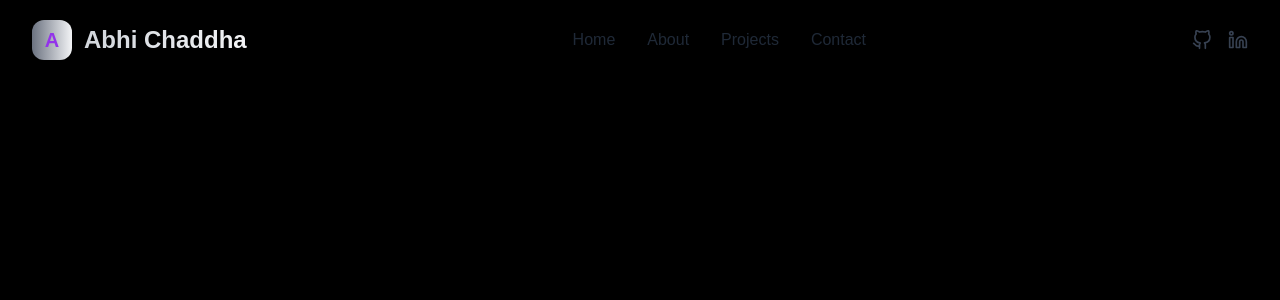
Repository: 532ab/portfolio-website
Page: /
The author's editor kept a copy of each file at every save. The page is drawn from the files as they stood at one save, then again after the next save.
The browser window is 1280 px wide. The pictures show the whole page.
The project was rebuilt for these pictures with package versions that can differ from the ones it lists, and the page was loaded fresh each time. Also part of the build but not shown: vite.config.js.

Above is the page before, as saved 2026-01-25 12:09:00.

### src/index.css
@tailwind base;
@tailwind components;
@tailwind utilities;

body {
  overflow-x: hidden;
  font-family: Arial, Helvetica, sans-serif;
  margin: 0;
  padding: 0;
  width: 100%;
  position: relative;
  background-color: black;
  color: white;

}

### src/App.jsx
import Header from "./components/Header"

export default function App() {
  return (
    <>
      <Header />
    </>
  )
}

### src/components/Header.jsx
import { motion } from "framer-motion";
import { a } from "framer-motion/client";
import { FiGithub, FiTwitter, FiLinkedin } from "react-icons/fi";

const Header = () => {
  return (
    <header className="absolute w-full z-50 transition-all duration-300">
        <div className = "container mx-auto px-4 sm:px-6 lg:px-8 flex items-center justify-between h-16 md:h-20">
            {/* Logo/Name */}
            <motion.div
             initial = {{ opacity: 0, x: -100}}
             animate = {{ opacity: 1, x: 0}}
             transition = {{
                type: "spring",
                stiffness: 100,
                damping: 25,
                delay: 0.3,
                duration: 1.3,
            }}
            className = "flex items-center">
                <div className = "h-10 w-10 rounded-xl bg-gradient-to-r from-gray-500 to-gray-100 flex items-center justify-center text-purple-600 font-bold text-xl mr-3">
                    A
                </div>

                <span className = "text-2xl font-bold bg-gradient-to-r from-gray-300 to-gray-100 bg-clip-text text-transparent">
                    Abhi Chaddha
                </span>

            </motion.div>

        {/* Desktop Navigation */}
        <nav className = "lg:flex hidden space-x-8">
            {["Home", "About", "Projects", "Contact"].map((item,
                index) => (
                    <motion.a
                    key = {item}
                    intial = {{ opacity: 0, y:-20}}
                    animate = {{ opacity: 1, y: 0}}
                    transition = {{
                        type: "spring",
                        stiffness: 100,
                        damping: 20,
                        delay: 0.7 + index * 0.2,
                    }}
                    className = "relative text-gray-800 dark:text-gray-200 hover:violet-600 dark:hover:text-violet-400 font-medium transition-colors duration-300 group"
                    href = "#">
                        {item}
                        <span className="absolute bottom-0 left-0 w-0 h-0.5 bg-violet-600 group-hover:w-full transition-all duration-300">

                        </span>
                    </motion.a>

                ))}
            </nav>
            {/* Social Icons - Desktop */}
            <div className = "md:flex hidden items-center space-x-4">
                    <motion.a
                    initial = {{opacity: 0, scale: 0.5}}
                    animate= {{opacity: 1, scale: 1}}
                    transition = {{delay: 1.3, duration: 0.8}}
                        className = "text-gray-700 dark:text-gray-300 hover:text-violet-600 dark:hover:text-violet-400 transition-colors" href = "#">
                        <FiGithub className = "w-5 h-5">

                        </FiGithub>
                    </motion.a>
                     <motion.a
                    initial = {{opacity: 0, scale: 0.5}}
                    animate= {{opacity: 1, scale: 1}}
                    transition = {{delay: 1.3, duration: 0.8}}
                        className = "text-gray-700 dark:text-gray-300 hover:text-blue-600 dark:hover:text-blue-400 transition-colors" href = "#">
                        <FiLinkedin className = "w-5 h-5">

                        </FiLinkedin>
                    </motion.a>
            </div>
        </div>
    </header>
  )
}

export default Header

Loaded but not shown: index.html (common file); src/main.jsx (common file); tailwind.config.js (common file)

After the next save:
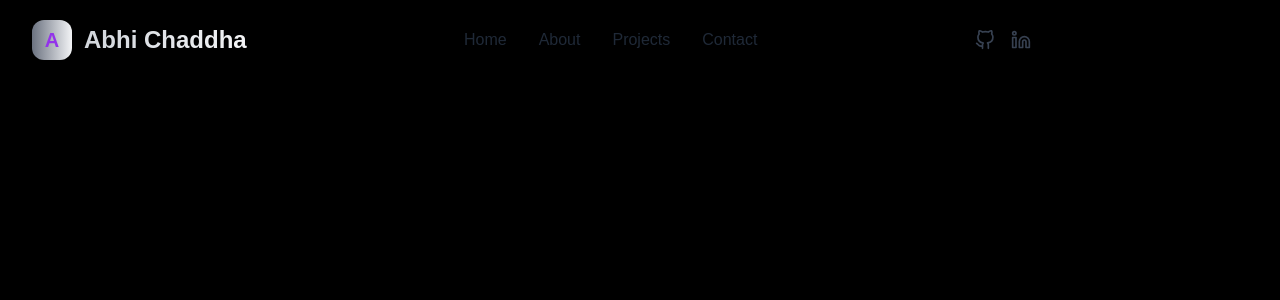
Saved 4 min 22 s later.
--- a/src/components/Header.jsx
+++ b/src/components/Header.jsx
@@ -73,6 +73,12 @@
                         </FiLinkedin>
                     </motion.a>
             </div>
+            {/* Resume button */}
+        <motion.button
+        animate = {{opacity: 0.5, scale: 2}}
+        className = "">
+
+        </motion.button>
         </div>
     </header>
   )
